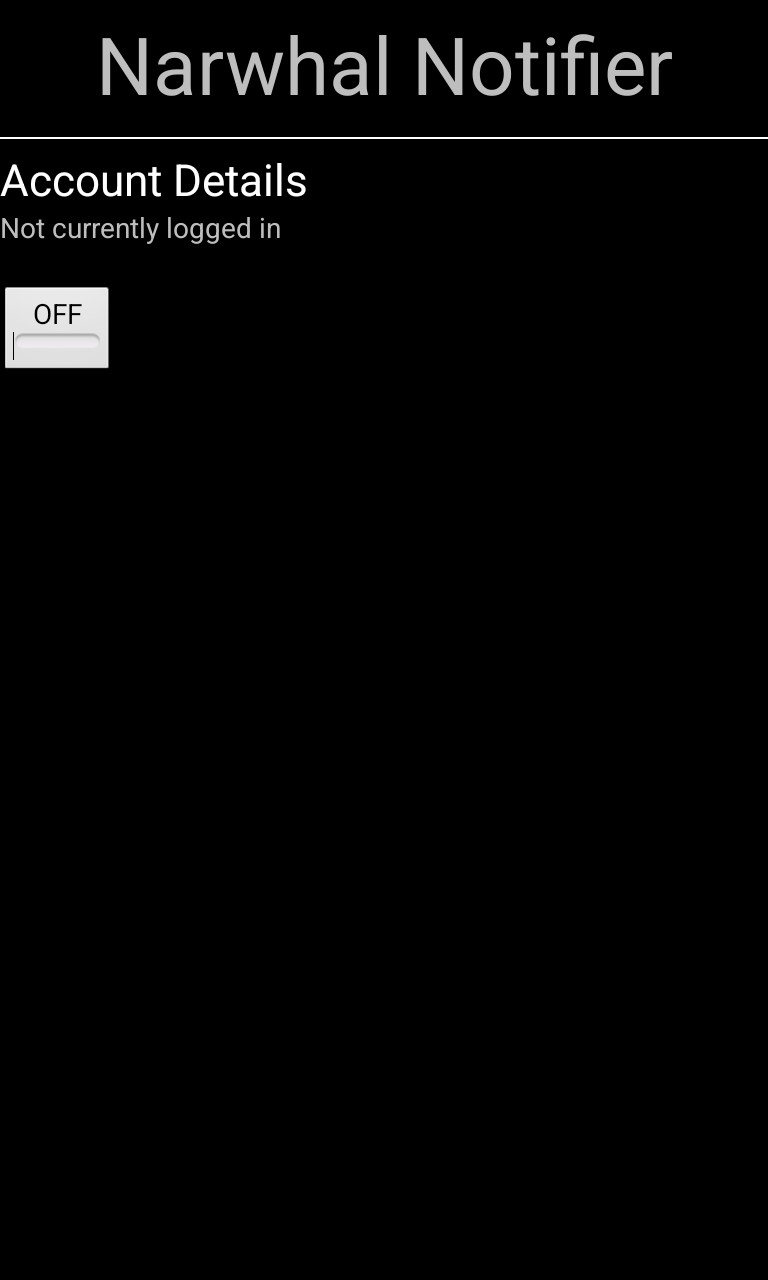
Repository: shawnbuso/NarwhalNotifier
Layout: Narwhal Notifier/res/layout/main.xml
The author's editor kept a copy of each file at every save. The layout is drawn from the files as they stood at one save, then again after the next save.
It is drawn on a 768 x 1280 px phone screen (xhdpi) without system bars, with theme android:Theme; the app's code is not run.

Above is the layout before, as saved 2012-01-11 18:33:35.

### Narwhal Notifier/res/layout/main.xml
<?xml version="1.0" encoding="utf-8"?>
<LinearLayout xmlns:android="http://schemas.android.com/apk/res/android"
    android:layout_width="fill_parent"
    android:layout_height="fill_parent"
    android:orientation="vertical" >

    <TextView
        android:id="@+id/title"
        android:layout_width="fill_parent"
        android:layout_height="wrap_content"
        android:gravity="center_horizontal"
        android:text="@string/app_name"
		android:textSize="40dp"
		android:layout_marginTop="5dp"
		android:layout_marginBottom="5dp"/>

    <View
        android:id="@+id/separator"
        android:layout_width="fill_parent"
        android:layout_height="1dip"
        android:layout_alignParentTop="true"
        android:layout_centerVertical="true"
        android:background="#ffffff"
		android:layout_marginTop="5dp"
		android:layout_marginBottom="5dp"/>

    <include layout="@layout/list_item" />

    <ToggleButton
        android:id="@+id/toggleButton1"
        android:layout_width="wrap_content"
        android:layout_height="wrap_content"
        android:text="ToggleButton"
		android:layout_marginTop="20dp"
		android:layout_marginBottom="5dp"/>

</LinearLayout>

### Narwhal Notifier/res/values/strings.xml
<?xml version="1.0" encoding="utf-8"?>
<resources>

    <string name="hello">Hello World, NarwhalNotifier!</string>
    <string name="app_name">Narwhal Notifier</string>

</resources>

### Narwhal Notifier/res/layout/list_item.xml
<?xml version="1.0" encoding="utf-8"?>
<LinearLayout xmlns:android="http://schemas.android.com/apk/res/android"
    android:layout_width="fill_parent"
    android:layout_height="wrap_content"
    android:orientation="vertical"
    android:id="@+layout/list_item" >

    <TextView
        android:id="@+id/textView1"
        android:layout_width="wrap_content"
        android:layout_height="wrap_content"
        android:text="Account Details"
        android:textAppearance="?android:attr/textAppearanceLarge" />

    <TextView
        android:id="@+id/textView2"
        android:layout_width="wrap_content"
        android:layout_height="wrap_content"
        android:text="Not currently logged in"
        android:textAppearance="?android:attr/textAppearanceSmall" />

</LinearLayout>

After the next save:
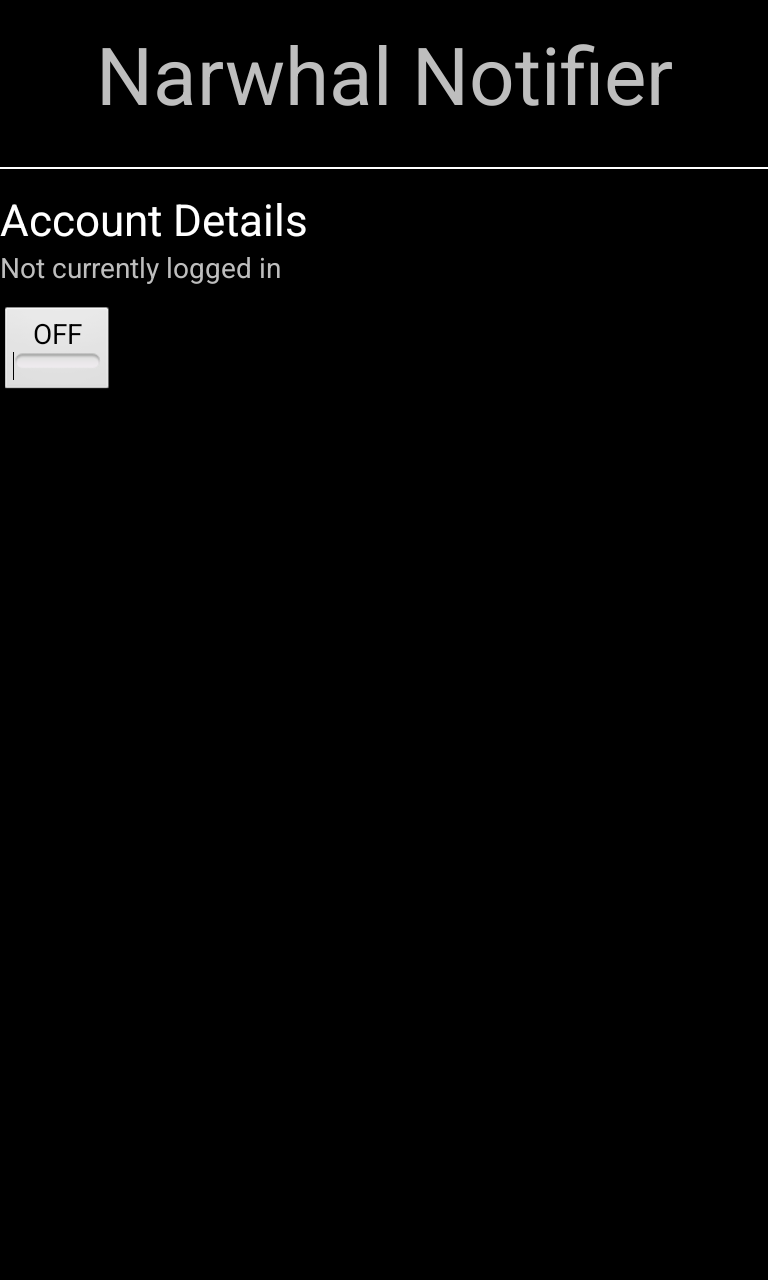
Saved 19 s later.
--- a/Narwhal Notifier/res/layout/main.xml
+++ b/Narwhal Notifier/res/layout/main.xml
@@ -11,8 +11,8 @@
         android:gravity="center_horizontal"
         android:text="@string/app_name"
 		android:textSize="40dp"
-		android:layout_marginTop="5dp"
-		android:layout_marginBottom="5dp"/>
+		android:layout_marginTop="10dp"
+		android:layout_marginBottom="10dp"/>
 
     <View
         android:id="@+id/separator"
@@ -21,8 +21,8 @@
         android:layout_alignParentTop="true"
         android:layout_centerVertical="true"
         android:background="#ffffff"
-		android:layout_marginTop="5dp"
-		android:layout_marginBottom="5dp"/>
+		android:layout_marginTop="10dp"
+		android:layout_marginBottom="10dp"/>
 
     <include layout="@layout/list_item" />
 
@@ -31,7 +31,7 @@
         android:layout_width="wrap_content"
         android:layout_height="wrap_content"
         android:text="ToggleButton"
-		android:layout_marginTop="20dp"
-		android:layout_marginBottom="5dp"/>
+		android:layout_marginTop="10dp"
+		android:layout_marginBottom="10dp"/>
 
 </LinearLayout>
